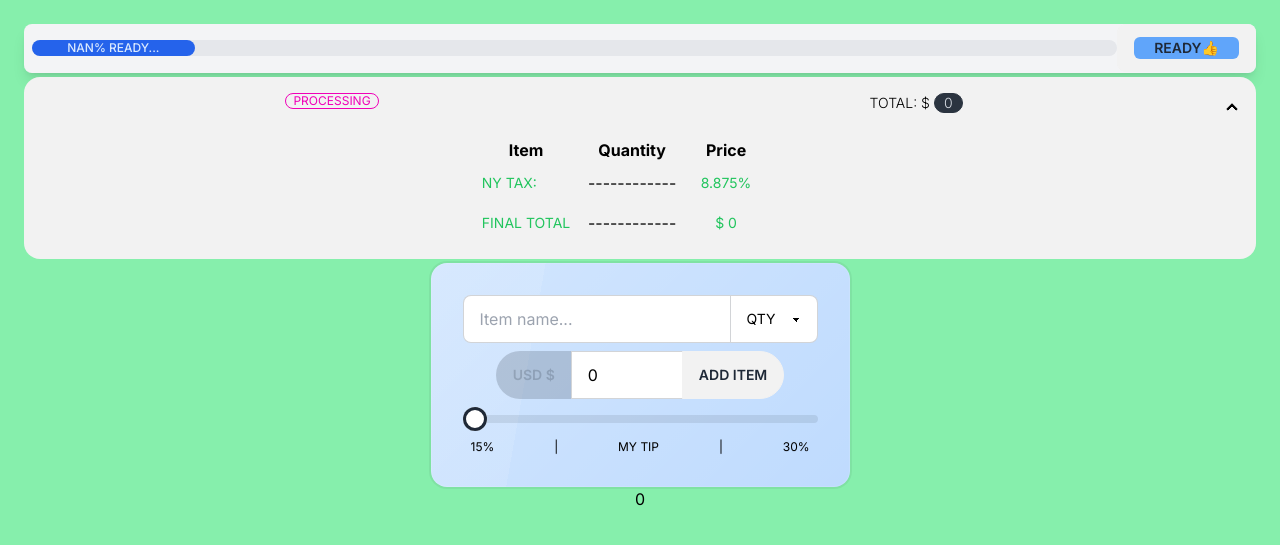
Repository: bitepay/bitepay-xyz
Page: /table
These files come from the project's save history. The page is drawn as it stood at one moment and after the next save; the edit follows.
The browser window is 1280 px wide. The pictures show the whole page.
The page's requests for data from a server got no answer. The project was rebuilt for these pictures with package versions that can differ from the ones it lists, and the page was loaded fresh each time. The framework's server and built-in components were replaced by stand-ins that run in the browser. No one was signed in, and anything a server would have sent is missing. Also part of the build but not shown: next.config.js.

Above is the page before, as saved 2023-06-28 07:31:12.

### src/pages/_app.js
import '@/styles/globals.css';
import { UserSocketProvider } from '@/context/UserSocketContext';

export default function App({ Component, pageProps }) {
  return (
    <UserSocketProvider>
      <Component {...pageProps} />
    </UserSocketProvider>
  )
}

### src/pages/table.js

// import Image from 'next/image'
import Head from "next/head"
// import Link from "next/link"
import { Inter } from 'next/font/google'

import { useUserSocketContext } from '@/context/UserSocketContext'

import { AddItemInput } from '@/components/AddItemInput'
import { ProgressBar } from '@/components/ProgressBar'
import { UserBill } from '@/components/UserBill'
import { MembersBill } from '@/components/MembersBill'

const inter = Inter({ subsets: ['latin'] })

export default function Table() {

  const { socket, user, tableMembers, setUser } = useUserSocketContext();

  if (user.tableID !== 0) {
    socket.emit('joinTable', user)
  }

  const handleUserDelete = (user, payload) => {
    socket.emit('userDeleteItem', {user, payload})
  };

  const handleUserUpdate = (user, payload) => {
    socket.emit('userUpdate', {user, payload})
  };

  const userUpdateStatus = (user) => {
    if (user.status === 'PROCESSING') {
      socket.emit('userUpdateStatus', { ...user, status: 'READY' })
    } else {
      socket.emit('userUpdateStatus', { ...user, status: 'PROCESSING' })
    }
  }

  return (
    <>
      <Head>
        <title>BitePay - Table</title>
        <meta name="description" content="The fastest and easiest way to divvy up the dining bill between your friends."></meta>
      </Head>

      <main className={`flex min-h-screen flex-col items-center p-6 ${inter.className} bg-green-300`} >

        <ProgressBar user={user} tableMembers={tableMembers} userUpdateStatus={userUpdateStatus} />
        <UserBill user={user} handleUserDelete={handleUserDelete} />
        <AddItemInput user={user} handleUserUpdate={handleUserUpdate} setUser={setUser} />
        <MembersBill tableMembers={tableMembers} userId={user.id}/>

      </main>
    </>
  )
}

### src/context/UserSocketContext.js
'use client';
import React, { createContext, useEffect, useState, useContext } from 'react'
import { io } from 'socket.io-client'


// Create a new context
const UserSocketContext = createContext({});

// Custom context provider component
export const UserSocketProvider = ({ children }) => {

  const [socket, setSocket] = useState(null);

  const [user, setUser] = useState({
    id: '',
    username: '',
    tableID: 0,
    myItems: [],
    tip: 15,
    total: 0,
    status: 'PROCESSING',
  });

  const [tableMembers, setTableMembers] = useState([]);

  // Establish the Socket.IO connection when the component mounts
  useEffect(() => {

    const socket = io('https://bitepay.xyz');
    setSocket(socket);

    socket.on('connect', () => {
      console.log('Successfully connected to the ws server!')
    })

    // set user id to the websocket id
    socket.on('setId', (data) => setUser((prevUser) => {
      prevUser.id = data
      return prevUser;
    }));

    // listen to events from ws server regarding members of the table
    socket.on('tableMembers', (data) => setTableMembers((prevTableMembers) => { return [...data.slice()] }));

    // listen to events from ws server regarding updates to tableMembers
    socket.on('tableMemberUpdate', (data) => {

      if (data.id === user.id) {
        setUser((prevUser) => {
          prevUser.myItems = data.myItems;
          prevUser.tip = data.tip;
          prevUser.total = data.total;
          prevUser.status = data.status;
          return prevUser;
        })
      }

      setTableMembers((prevTableMembers) => {
        return prevTableMembers.map((member) => {
          if (member.id === data.id) {
            member.myItems = data.myItems
            member.tip = data.tip
            member.total = data.total
            member.status = data.status
            return member
          } else {
            return member
          }
        })
      })
    });

    // listen to events from ws server regarding members leaving the table
    socket.on('userLeft', (data) => {
      setTableMembers((prevTableMembers) => {
        return prevTableMembers.filter((member) => {
          return member.id !== data.id
        })
      })
    });

    socket.on('disconnect', () => {
      console.log('Disconnected from the ws server!');
    });

    // Clean up the socket connection when the component unmounts
    return () => {
      socket.off('connect');
      socket.off('setId');
      socket.off('tableMembers');
      socket.off('tableMemberUpdate');
      socket.off('userLeft');
      socket.disconnect();
    };
  }, [user.id]);

  // Provide the socket object to the child components
  return (
    <UserSocketContext.Provider value={{socket, user, setUser, tableMembers, setTableMembers}}>
      {children}
    </UserSocketContext.Provider>
  );
};

// Export the SocketContext
export default UserSocketContext;

// Export a custom hook that can be used to consume this context
export const useUserSocketContext = () => useContext(UserSocketContext);

### src/components/AddItemInput.jsx
import { useState, useEffect } from 'react';

export const AddItemInput = ({ handleUserUpdate, user, setUser }) => {
	const [itemName, setItemName] = useState('');
	const [itemPrice, setItemPrice] = useState(0);
	const [itemQuantity, setItemQuantity] = useState(0);

	const handleClick = (e) => {
			if (itemQuantity === 0) {
					alert("Don't forget to add quantity!");
			}
			else if (itemPrice <= 0) {
					alert("Please don't forget to add your item's price!");
			}
			else if (itemName != "" && itemPrice > 0 && itemQuantity > 0) {
					const itemID = Math.ceil(Math.random()*1000000000);
					const payload = {itemID, itemName, itemPrice, itemQuantity};
					handleUserUpdate(user, payload);
					setItemName('');
					setItemPrice(0);
			} else {
					alert("Please fill out all fields");
			}
	}

	const handleTipChange = (e) => {
		e.preventDefault();
		setUser({...user, tip: parseInt(e.target.value)})
	}

	return (
		<>
			<div className="card glass w-auto bg-blue-200">
				<div className="card-body">
					<div className="join mx-auto">

						<input className="input input-bordered join-item max-w-34" placeholder="Item name..." value={itemName} onChange={(e) => {setItemName(e.target.value)}}/>

						<select className="select select-bordered join-item" value={itemQuantity} onChange={(e) => setItemQuantity(e.target.value)}>
							<option disabled value={0}>QTY</option>
							<option value={1/4}>
									1/4
							</option>
							<option value={1/3}>
									1/3
							</option>
							<option value={1/2}>
									1/2
							</option>
							<option value={1}>
									1
							</option>
							<option value={2}>
									2
							</option>
							<option value={3}>
									3
							</option>
							<option value={4}>
									4
							</option>
						</select>

					</div>
					<div className="mx-auto">
						<div className="join">
							<button className="btn join-item rounded-l-full" disabled="true">USD $</button>
							<input className="input input-bordered join-item w-28" placeholder="Price" type="number" value={itemPrice} onChange={(e) => {setItemPrice(e.target.value)}}/>
							<button className="btn join-item rounded-r-full" disabled={user.status === 'READY'} onClick={(e) => handleClick(e)}>ADD ITEM</button>
						</div>
					</div>
						<input type="range" className="range" min={15} max={30} value={user.tip} step={1} onChange={(e) => handleTipChange(e)} disabled={user.status === 'READY'} />
						<div className="w-full flex justify-between text-xs px-2">
							<span>15%</span>
							<span>|</span>
							<span>MY TIP</span>
							<span>|</span>
							<span>30%</span>
						</div>
				</div>
			</div>
		</>
	)
};

### src/components/ProgressBar.jsx
import { useState, useEffect } from 'react';

export const ProgressBar = ({ tableMembers, user, userUpdateStatus }) => {

  const [progress, setProgress] = useState(0);

  useEffect(() => {
    const completed = tableMembers.filter((member) => member.status === 'READY');
    const progress = Math.round(100 * ((completed.length / tableMembers.length) * 100)) / 100;
    setProgress(progress);

    console.log(`Re-render triggered from tableMember update in ProgressBar. Progress is now ${progress}%`)
  }, [tableMembers])

  const progressBar = (progress) => {
    if (progress === 100) {
      return (
          <div className="w-full bg-gray-200 rounded-full dark:bg-gray-700">
            <div className="bg-green-600 text-xs font-medium text-green-100 text-center p-0.5 leading-none rounded-full" style={{width: `${progress}%`}}> {progress}% COMPLETE! </div>
          </div>
      )
    } else {
      return (
        <div className="w-full bg-gray-200 rounded-full dark:bg-gray-700">
            <div className="bg-blue-600 text-xs font-medium text-blue-100 text-center p-0.5 leading-none rounded-full" style={{width: `${progress < 15 ? 15 : progress}%`}}> {progress}% READY... </div>
          </div>
      )
    }
  }

  const handleChange = () => {
    userUpdateStatus(user)
  }

  const toggleStatusButton = (status) => {
    return (
      <label className="btn swap swap-rotate">

        {/* this hidden checkbox controls the state */}
        <input type="checkbox" onChange={() => handleChange()} checked={user.status === 'READY'}/>

        {/* ready icon */}

        <div class="swap-on bg-red-400 p-1 rounded-md">Make changes</div>
        <div class="swap-off bg-blue-400 p-1 rounded-md">Ready👍</div>

        {/* not ready icon */}


      </label>
    )

  }



  return (

      <div className="w-full flex items-center justify-between mb-.5 mx-auto pl-2 overflow-hidden rounded-lg shadow-lg bg-gray-100 uppercase border-b border-gray-100">
          {progressBar(progress)}
        <div id="final-bill-button">
          {toggleStatusButton(user.status)}
        </div>
      </div>

  )
}

### src/components/UserBill.jsx
export const UserBill = ({ user, handleUserDelete }) => {

  const UserItem = (item) => {
    const { itemID, itemName, itemPrice, itemQuantity } = item

    return (
      <tr key={`user-item-${itemID}`}>
				<td className="px-5">{itemName}</td>
				<td className="px-5">{itemQuantity}</td>
				<td className="px-5">{itemPrice}</td>
				{/* This is where we need to add the delete button for User delete feature */}
				<td className="px-5"><button className="btn btn-outline btn-error" onClick={() => handleUserDelete(user, item)} disabled={user.status === 'READY'}>DELETE</button></td>
			</tr>
    )
  }

  return (
    <div className="collapse collapse-arrow bg-base-200 m-1">
      <input type="radio" name="my-accordion-2" defaultChecked="true"/>
      <div className="collapse-title">
        {/* This is where we need to render name, status, and total */}
        <div className="flex justify-around">
          <div className="flex flex-col">
            <div className="text-lg font-medium">
              {user.username}
            </div>
            <div className={`badge badge-sm text-xs ${user.status === 'READY' ? 'badge-accent' : 'badge-secondary badge-outline'}`}>
              {user.status === 'READY' ? 'READY' : 'PROCESSING'}
            </div>
          </div>
          <div className="text-sm font-light my-auto">
            TOTAL{': $ '}
            <div className={`badge ${user.status === 'READY' ? 'badge-primary' : 'badge-neutral'}`}>
              {user.total}
            </div>
          </div>

        </div>
      </div>
      <div className="collapse-content">
        {/* This is where I need to map through user items */}
        <table className="table-auto mx-auto">
          <thead>
            <tr>
              <th className="px-5">Item</th>
              <th className="px-5">Quantity</th>
              <th className="px-5">Price</th>
              <th className="px-5"></th>
            </tr>
          </thead>
          <tbody>
            {user.myItems.map((item) => UserItem(item))}
            <tr>
              <td className="p-2 whitespace-nowrap">
                <div className="text-left text-sm text-green-500">NY TAX:</div>
              </td>
              <td className="p-2 whitespace-nowrap">
                <div className="text-center">------------</div>
              </td>
              <td className="p-2 whitespace-nowrap">
                <div className="text-sm text-center  text-green-500">8.875%</div>
              </td>
            </tr>
            <tr>
              <td className="p-2 whitespace-nowrap">
                <div className="text-left text-sm text-green-500">FINAL TOTAL</div>
              </td>
              <td className="p-2 whitespace-nowrap">
                <div className="text-center">------------</div>
              </td>
              <td className="p-2 whitespace-nowrap">
                <div className="text-sm text-center  text-green-500">$ {
                Math.round(100 * ((((1+(user.tip / 100))) * user.total) + (user.total * .08875))) / 100
                }</div>
              </td>
            </tr>
          </tbody>
        </table>
      </div>
    </div>
  )
}

### src/components/MembersBill.jsx
export const MembersBill = ({ tableMembers, userId }) => {

  const MemberItem = (item) => {
    const { itemID, itemName, itemPrice, itemQuantity } = item

    return (
      <tr key={`member-item-${itemID}`}>
        <td className="px-5">{itemName}</td>
        <td className="px-5">{itemQuantity}</td>
        <td className="px-5">{itemPrice}</td>
        <td className="px-5">{' '}</td>
      </tr>
    )
  }

  return (
    <>
      {tableMembers.length && tableMembers.map((member) => {
        if (member.id !== userId) {
          return (
            <div key={`${member.id}-list-items`} className="collapse collapse-arrow bg-base-200 m-1">
              <input type="radio" name="my-accordion-2"/>
              <div className="collapse-title text-xl font-medium">
                {/* This is where we need to render name, status, and total */}
                {member.username}
              </div>
              <div className="collapse-content">
              <table className="table-auto mx-auto">
                <thead>
                  <tr>
                    <th className="px-5">Item</th>
                    <th className="px-5">Quantity</th>
                    <th className="px-5">Price</th>
                    <th className="px-5"></th>
                  </tr>
                </thead>
                <tbody>
                  {member.myItems?.length ? member.myItems.map((item) => MemberItem(item)) : <tr key="user-no-items"><td>No items yet</td></tr>}
                </tbody>
                </table>
              </div>
            </div>
          )
        }
      })}
    </>
  )
};

### tailwind.config.js
/** @type {import('tailwindcss').Config} */
module.exports = {
  content: [
    './src/pages/**/*.{js,ts,jsx,tsx,mdx}',
    './src/components/**/*.{js,ts,jsx,tsx,mdx}',
    './src/app/**/*.{js,ts,jsx,tsx,mdx}',
  ],
  theme: {
    extend: {
      backgroundImage: {
        'gradient-radial': 'radial-gradient(var(--tw-gradient-stops))',
        'gradient-conic':
          'conic-gradient(from 180deg at 50% 50%, var(--tw-gradient-stops))',
      },
    },
  },
  daisyui: {
    themes: [
      "light",
      "dark"
    ],
  },
  plugins: [require("daisyui")],
}

Loaded but not shown: src/pages/_document.js (common file); src/styles/globals.css (common file)

After the next save:
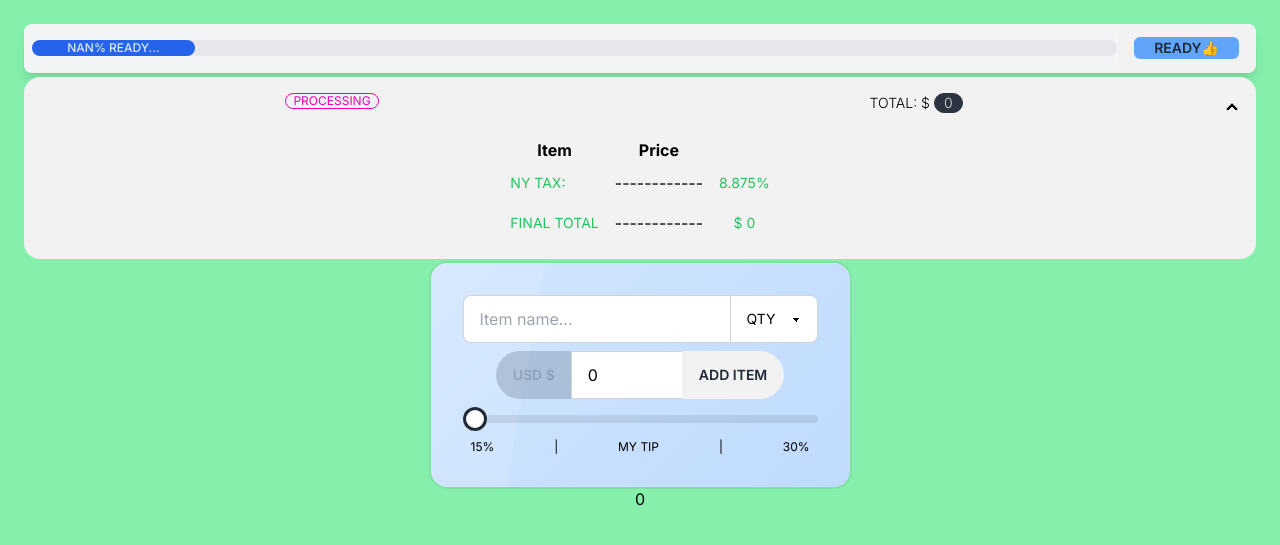
Saved 8 min 17 s later.
--- a/src/components/UserBill.jsx
+++ b/src/components/UserBill.jsx
@@ -5,11 +5,14 @@ export const UserBill = ({ user, handleUserDelete }) => {
 
     return (
       <tr key={`user-item-${itemID}`}>
-				<td className="px-5">{itemName}</td>
-				<td className="px-5">{itemQuantity}</td>
+				<td className="px-5">{`${itemName} ${itemQuantity !== 1 ? `x${itemQuantity}` : ''}`}</td>
 				<td className="px-5">{itemPrice}</td>
 				{/* This is where we need to add the delete button for User delete feature */}
-				<td className="px-5"><button className="btn btn-outline btn-error" onClick={() => handleUserDelete(user, item)} disabled={user.status === 'READY'}>DELETE</button></td>
+				<td className="px-5">
+          <button className="btn btn-circle" onClick={() => handleUserDelete(user, item)} disabled={user.status === 'READY'}>
+          <svg xmlns="http://www.w3.org/2000/svg" class="h-6 w-6" fill="none" viewBox="0 0 24 24" stroke="currentColor"><path stroke-linecap="round" stroke-linejoin="round" stroke-width="2" d="M6 18L18 6M6 6l12 12" /></svg>
+          </button>
+        </td>
 			</tr>
     )
   }
@@ -42,10 +45,9 @@ export const UserBill = ({ user, handleUserDelete }) => {
         <table className="table-auto mx-auto">
           <thead>
             <tr>
-              <th className="px-5">Item</th>
-              <th className="px-5">Quantity</th>
-              <th className="px-5">Price</th>
-              <th className="px-5"></th>
+              <th className="mx-auto">Item</th>
+              <th className="mx-auto">Price</th>
+              <th className="mx-auto"></th>
             </tr>
           </thead>
           <tbody>
